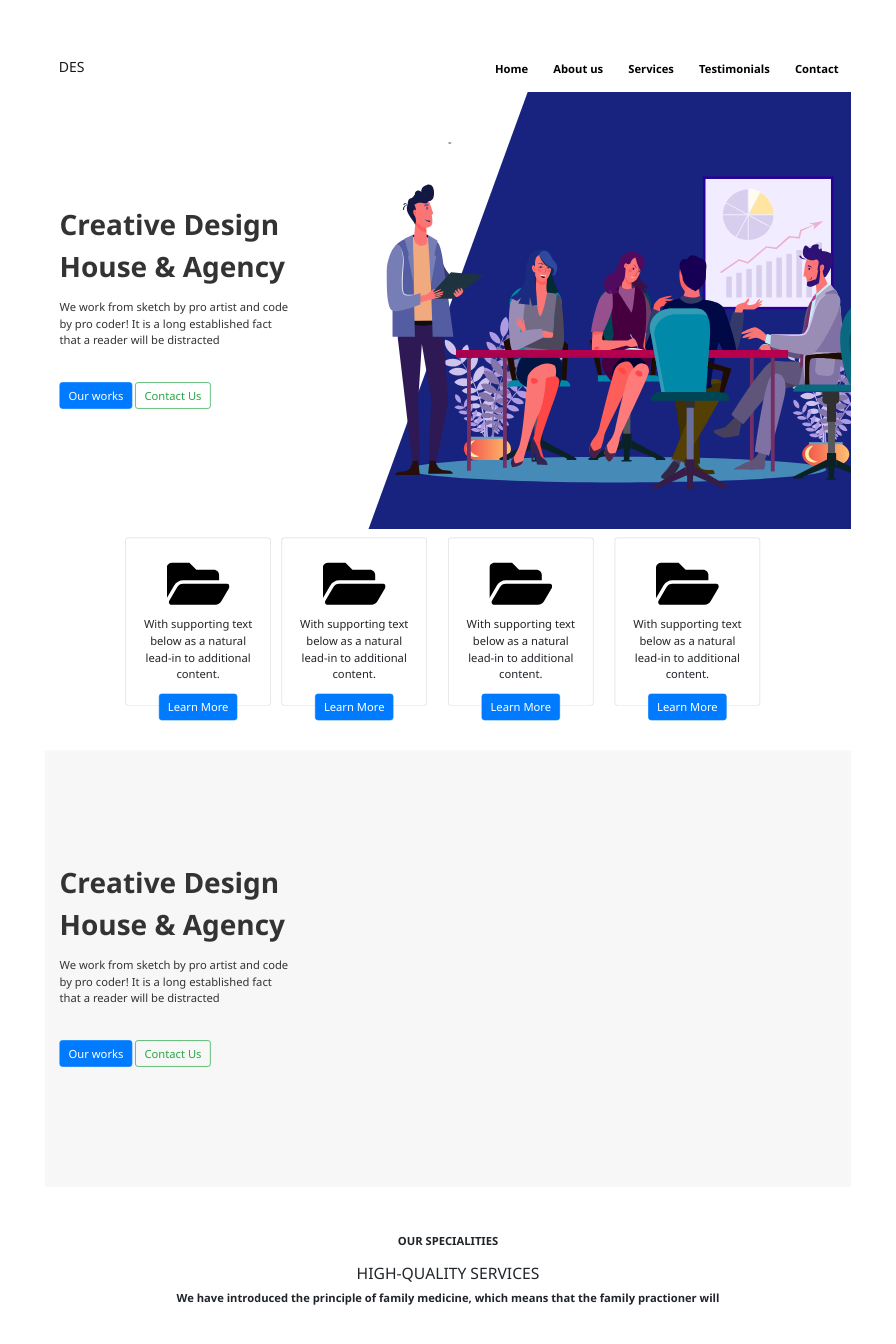
Repository: stephenkayade/Tarm
Page: index.html
An editor plug-in stored every save of this project. The page is shown before and after the next save, followed by the edit.
The browser window is 1280 px wide. The pictures show the part of the page from y = 0 to 1920 px (the page is 4285 px tall before and 4157 px after), at 70% of full size.

Above is the page before, as saved 2020-05-07 16:02:54.

### index.html
<!DOCTYPE html>
<html lang="en">

<head>
    <meta charset="UTF-8">
    <meta name="viewport" content="width=device-width, initial-scale=1.0">
    <link rel="stylesheet" href="https://stackpath.bootstrapcdn.com/bootstrap/4.4.1/css/bootstrap.min.css"
        integrity="sha384-Vkoo8x4CGsO3+Hhxv8T/Q5PaXtkKtu6ug5TOeNV6gBiFeWPGFN9MuhOf23Q9Ifjh" crossorigin="anonymous">
    <script src="https://code.jquery.com/jquery-3.4.1.slim.min.js"
        integrity="sha384-J6qa4849blE2+poT4WnyKhv5vZF5SrPo0iEjwBvKU7imGFAV0wwj1yYfoRSJoZ+n"
        crossorigin="anonymous"></script>

    <script src="https://stackpath.bootstrapcdn.com/bootstrap/4.4.1/js/bootstrap.min.js"
        integrity="sha384-wfSDF2E50Y2D1uUdj0O3uMBJnjuUD4Ih7YwaYd1iqfktj0Uod8GCExl3Og8ifwB6"
        crossorigin="anonymous"></script>
    <link rel="stylesheet" href="https://stackpath.bootstrapcdn.com/font-awesome/4.7.0/css/font-awesome.min.css">
    <link rel="stylesheet" href="css/style.css">
    <title>Document</title>
</head>

<body>

    <section id="nav-bar">
        <nav class="navbar navbar-expand-lg navbar-light">
            <!-- <h1>DES</h1> -->
            <h1><a class="navbar-brand ml-1" href="#">DES</a></h1>
            <button class="navbar-toggler" type="button" data-toggle="collapse" data-target="#navbarNav"
                aria-controls="navbarNav" aria-expanded="false" aria-label="Toggle navigation">
                <i class="fa fa-bars"></i>
            </button>

            <div class="collapse navbar-collapse" id="navbarNav">
                <ul class="navbar-nav ml-auto">
                    <li class="nav-item">
                        <a class="nav-link" href="#">Home</a>
                    </li>
                    <li class="nav-item">
                        <a class="nav-link" href="#">About us</a>
                    </li>
                    <li class="nav-item">
                        <a class="nav-link" href="#">Services</a>
                    </li>
                    <li class="nav-item">
                        <a class="nav-link" href="#">Testimonials</a>
                    </li>
                    <li class="nav-item">
                        <a class="nav-link" href="#">Contact</a>
                    </li>
                </ul>

            </div>
        </nav>

    </section>

    <!---------------------------banner---------------------------->
    <section id="banner">
        <div class="container">
            <div class="row">
                <div class="col-md-6">
                    <p class="promo-title bold">Creative Design <br>House & Agency</p>
                    <p>We work from sketch by pro artist and code <br>
                        by pro coder! It is a long established fact <br>
                        that a reader will be distracted</p>
                    <div class="btn-control">
                        <div class="btn btn-primary">Our works</div>
                        <div class="btn btn-outline-success">Contact Us</div>
                    </div>
                </div>
                -
            </div>
        </div>
    </section>

    <section id="img">
        <div class="row">
            <div class="col-1g-auto">
                <div class="card text-center" style="width: 13rem; height: 15rem;">
                    <div class="card-body">
                        <img src="./img/folder-open-solid.svg" class="card-img-top" alt="...">

                        <p class="card-text">With supporting text below as a natural lead-in to additional content.</p>
                        <a href="#" class="btn btn-primary">Learn More</a>
                    </div>
                </div>
            </div>
            <div class="col-lg-auto">
                <div class="card text-center" style="width: 13rem; height: 15rem;">
                    <div class="card-body">
                        <img src="./img/folder-open-solid.svg" class="card-img-top" alt="...">

                        <p class="card-text">With supporting text below as a natural lead-in to additional content.</p>
                        <a href="#" class="btn btn-primary">Learn More</a>
                    </div>
                </div>
            </div>
            <div class="col-lg-auto">
                <!-- <div class="card" style="width: 12rem;">
                        <img src="./img/man-street-sitting-hat-2995066.jpg" class="card-img-top" alt="...">
                        <span class="card-img-top"><i class="fas fa-folder-open"></i></span>
                        <div class="card-body">
                            <p class="card-title text-center">Card title</p>
                            <p class="card-text text-center">Lorem ipsum dolor sit amet consectetur, adipisicing elit. Eligendi, nisi!</p>
                            <a href="#" class="btn btn-primary ">Learn More</a>
                        </div>
                    </div> -->

                <div class="card text-center" style="width: 13rem; height: 15rem;">
                    <div class="card-body">
                        <img src="./img/folder-open-solid.svg" class="card-img-top" alt="...">

                        <p class="card-text">With supporting text below as a natural lead-in to additional content.</p>
                        <a href="#" class="btn btn-primary">Learn More</a>
                    </div>
                </div>
            </div>
            <div class="col-md-auto">
                <div class="card text-center" style="width: 13rem; height: 15rem;">
                    <div class="card-body">
                        <img src="./img/folder-open-solid.svg" class="card-img-top" alt="...">

                        <p class="card-text">With supporting text below as a natural lead-in to additional content.</p>
                        <a href="#" class="btn btn-primary">Learn More</a>
                    </div>
                </div>
            </div>
        </div>
    </section>

    <section id="CEO">
        <div class="container">
            <div class="about-us">

            </div>
            <div class="row">
                <div class="col-md-6">
                    <p class="promo-title">Creative Design <br>House & Agency</p>
                    <p>We work from sketch by pro artist and code <br>
                        by pro coder! It is a long established fact <br>
                        that a reader will be distracted</p>
                    <div class="btn-control">
                        <div class="btn btn-primary">Our works</div>
                        <div class="btn btn-outline-success">Contact Us</div>
                    </div>
                </div>

            </div>
        </div>
    </section>
    <section id="service">
        <div class="container space bold text-center">
            <p>OUR SPECIALITIES</p>
            <h3><small>HIGH-QUALITY SERVICES</small></h3>
            <p>We have introduced the principle of family medicine, which means that the family practioner will</p>
        </div>
        <div class="row detail">
            <div class="col">

                <div class="card" style="width: 25rem;">
                    <img src="./img/folder-open-solid.svg" class="card-img-top" alt="...">
                    <div class="card-body">
                        <p class="card-title text-center">Card title</p>
                        <p class="card-text">This is a wider card with supporting text below as a natural lead-in to
                            additional content. This card has even longer content than the first to show that equal
                            height
                            action.</p>
                        <p class="card-text"><small class="text-muted">Last updated 3 mins ago</small></p>
                    </div>
                </div>
            </div>
            <div class="col">

                <div class="card" style="width: 25rem;">
                    <img src="./img/folder-open-solid.svg" class="card-img-top" alt="...">
                    <div class="card-body">
                        <p class="card-title text-center">Card title</p>
                        <p class="card-text">This is a wider card with supporting text below as a natural lead-in to
                            additional content. This card has even longer content than the first to show that equal
                            height
                            action.</p>
                        <p class="card-text"><small class="text-muted">Last updated 3 mins ago</small></p>
                    </div>
                </div>
            </div>
            <div class="col">

                <div class="card" style="width: 25rem;">
                    <img src="./img/folder-open-solid.svg" class="card-img-top" alt="...">
                    <div class="card-body">
                        <p class="text-center">OUR SPECIALITIES</p>
                        <p class="card-title text-center">This is a wider card with supporting text below as a natural lead-in to
                            additional content. This card has even longer content than the first to show that equal
                            height
                            action.</p>
                        <p class="card-text"><small class="text-muted">Last updated 3 mins ago</small></p>
                    </div>
                </div>
            </div>
            <div class="w-100"></div>

            <div class="col">
                <div class="card" style="width: 25rem;">
                    <img src="./img/folder-open-solid.svg" class="card-img-top" alt="...">
                    <div class="card-body">
                        <p class="card-title text-center">Card title<p>
                        <p class="card-text">This is a wider card with supporting text below as a natural lead-in to
                            additional content. This card has even longer content than the first to show that equal
                            height
                            action.</p>
                        <p class="card-text"><small class="text-muted">Last updated 3 mins ago</small></p>
                    </div>
                </div>
            </div><div class="col">

                <div class="card" style="width: 25rem;">
                    <img src="./img/folder-open-solid.svg" class="card-img-top" alt="...">
                    <div class="card-body">
                        <p class="card-title text-center">Card title</p>
                        <p class="card-text">This is a wider card with supporting text below as a natural lead-in to
                            additional content. This card has even longer content than the first to show that equal
                            height
                            action.</p>
                        <p class="card-text"><small class="text-muted">Last updated 3 mins ago</small></p>
                    </div>
                </div>
            </div><div class="col">

                <div class="card" style="width: 25rem;">
                    <img src="./img/folder-open-solid.svg" class="card-img-top" alt="...">
                    <div class="card-body">
                        <p class="card-title text-center">Card title</p>
                        <p class="card-text">This is a wider card with supporting text below as a natural lead-in to
                            additional content. This card has even longer content than the first to show that equal
                            height
                            action.</p>
                        <p class="card-text"><small class="text-muted">Last updated 3 mins ago</small></p>
                    </div>
                </div>
            </div>


        </div>
    </section>



</body>

</html>

### css/style.css
*{
    margin: 0;
    padding: 0;
}

body{
    font-family: 'Segoe UI', Tahoma, Geneva, Verdana, sans-serif;
    margin: 4rem;
}
#nav-bar{
    position: sticky;
    top: 0;
    z-index: 10;
}
.navbar{
    background-image: cross-fade(to right, #fff,#17237f);
    padding: 0 !important;
}
.navbar-brand img{
    height:40px;
    padding-left: 20px;
}
.navbar-nav li{
    padding: 0 10px;

}
/* .monitor{
    margin
} */
.navbar-nav li a{
    color: #000 !important;
    font-weight: 600;
    float: right;
    text-align: left;
}
.fa-bars{
    color: #fff;
    font-size: 30px !important;
}
#img{
    display: flex;
    flex-direction: row;
    justify-content: center;
    padding-top: 1%;
    padding-bottom: 4rem;
}


/* ------------banner section-------------------- */
#banner{
    background: url('/img/adj.svg') no-repeat center center/cover;
    color: #333;
    padding-top: 5%;
    padding-bottom: 15%;
}
#CEO{
    background-color: #f7f7f7;
    color: #333;
    padding-top: 5%;
    padding-bottom: 15%;
}
.bold{
    font-weight: bold;

}
.space{
    padding: 4rem 0rem;
}
.detail{
    background-color: #f7f7f7;
}
.promo-title{
    font-size: 40px;
    font-weight: 600;
    margin-top:100px ;
}
.play-btn{
    width:45px;
    margin: 20px;
}
#banner a{
    color: #fff;
    text-decoration: none;
}
.bottom-img{
    width: 100%;
}
.btn-control{
    padding-top: 2rem;
}
/* ---------------------services section---------------------- */
#services{
    padding: 80px 0;
}
.service-img{
    width: 140px;
    margin-top: 20px;
}
.services{
    padding: 20px;
}
.services h4{
    padding: 5px;
    margin-top: 25px;
    text-transform: uppercase;
}
.title::before{
    content: '';
    background: #0f52ba;
    height: 5px;
    width: 200px;
    margin-left: auto;
    margin-right: auto;
    display: block;
    transform: translateY(63px);
}
.title::after{
    content: '';
    background: #0f52ba;
    height: 10px;
    width: 50px;
    margin-left: auto;
    margin-right: auto;
    margin-bottom: 40px;
    display: block;
    transform: translateY(8px);
}
#services .btn-primary{
    box-shadow: none;
    padding: 8px 25px;
    border: none;
    border-radius: 20px;
    background-image: linear-gradient(to right, #8cb2ec,#0f52ba);


}
.ml-1{
    padding: 1rem;
}
.card-body img{
    color: greenyellow;
    height: 90px;
    width: 90px;
}

After the next save:
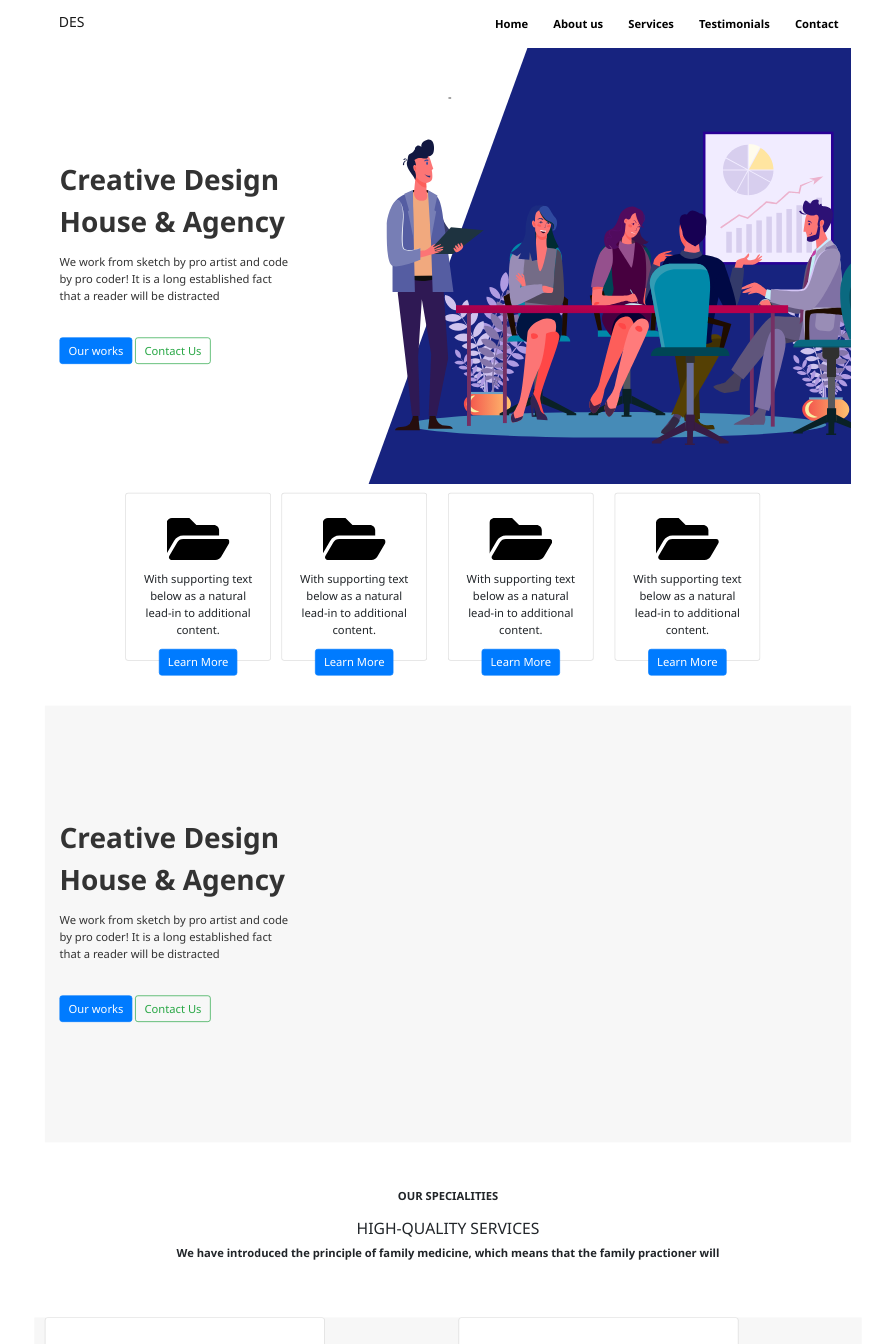
Saved 93 s later.
--- a/css/style.css
+++ b/css/style.css
@@ -5,7 +5,7 @@
 
 body{
     font-family: 'Segoe UI', Tahoma, Geneva, Verdana, sans-serif;
-    margin: 4rem;
+    margin: 0rem 4rem;
 }
 #nav-bar{
     position: sticky;
